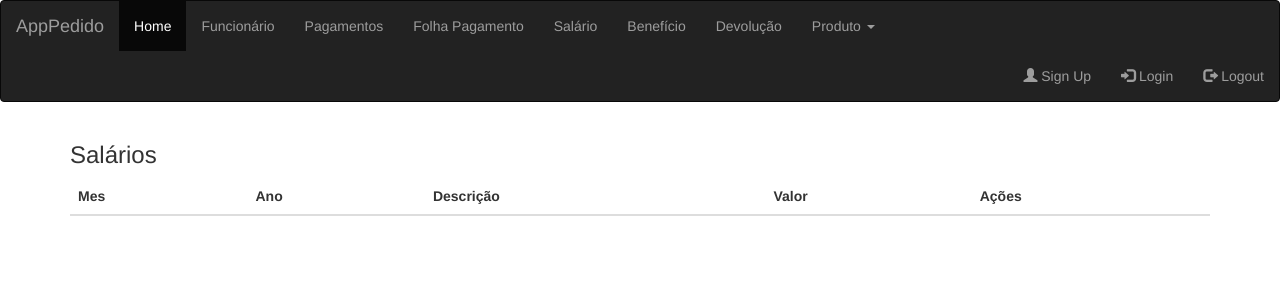
Repository: pauloEzequiel/AppFolha
Page: http://localhost/appfolha/WEB-INF/jsp/salario/lista.jsp
The author's editor kept a copy of each file at every save. The page is drawn from the files as they stood at one save, then again after the next save.
The browser window is 1280 px wide. The pictures show the whole page.
The page is served by Tomcat 9. Nobody is signed in. Other server files are loaded and not shown. The template is opened directly, without the code that normally fills it, so the values that code supplies are empty.

Above is the page before, as saved 2022-11-13 01:28:55.

### appfolha/src/main/webapp/WEB-INF/jsp/salario/lista.jsp
<%@ page language="java" contentType="text/html; charset=ISO-8859-1" pageEncoding="ISO-8859-1"%>
<%@ taglib uri="http://java.sun.com/jsp/jstl/core" prefix="c"%>
<!DOCTYPE html>
<html>
<head>
	<meta charset="ISO-8859-1">
  <link rel="stylesheet" href="https://maxcdn.bootstrapcdn.com/bootstrap/3.4.1/css/bootstrap.min.css">
	<title>AppFolha</title>
</head>
<body>
	<c:import url="/WEB-INF/jsp/menu.jsp"/>
	<div class="container mt-3">
	  <h3>Salários</h3>

	  <table class="table table-striped">
	    <thead>
	      <tr>
	        <th>Mes</th>
	        <th>Ano</th>
	        <th>Descrição</th>
	        <th>Valor</th>
	        <th>Ações</th>
	      </tr>
	    </thead>
	    <tbody>
		  <c:forEach var="p" items="${listagem}">
		      <tr>
				<td>${p.mes}</td>
		        <td>${p.ano}</td>
		        <td>${p.descricao}</td>
		        <td>${p.getTotalValor()}</td>
		        <td><a href="/salario/${p.id}/visualizar">Visualizar</a> <a href="/salario/${p.id}/excluir">Excluir</a></td>
		      </tr>
	      </c:forEach>
	    </tbody>
	  </table>
	</div>
</body>
</html>

### appfolha/src/main/webapp/WEB-INF/jsp/menu.jsp
<%@ page language="java" contentType="text/html; charset=ISO-8859-1" pageEncoding="ISO-8859-1"%>
<%@ taglib uri="http://java.sun.com/jsp/jstl/core" prefix="c"%>

<script src="https://code.jquery.com/jquery-3.3.1.slim.min.js" integrity="sha384-q8i/X+965DzO0rT7abK41JStQIAqVgRVzpbzo5smXKp4YfRvH+8abtTE1Pi6jizo" crossorigin="anonymous"></script>
<script src="https://cdn.jsdelivr.net/npm/popper.js@1.14.7/dist/umd/popper.min.js" integrity="sha384-UO2eT0CpHqdSJQ6hJty5KVphtPhzWj9WO1clHTMGa3JDZwrnQq4sF86dIHNDz0W1" crossorigin="anonymous"></script>
<script src="https://cdn.jsdelivr.net/npm/bootstrap@4.3.1/dist/js/bootstrap.min.js" integrity="sha384-JjSmVgyd0p3pXB1rRibZUAYoIIy6OrQ6VrjIEaFf/nJGzIxFDsf4x0xIM+B07jRM" crossorigin="anonymous"></script>

<nav class="navbar navbar-inverse">
  <div class="container-fluid">
    <div class="navbar-header">
      <a class="navbar-brand" href="#">AppPedido</a>
    </div>
    <ul class="nav navbar-nav">
      <li class="active"><a href="/">Home</a></li>
	      <li class="nav-item">
	        <a class="nav-link" href="/funcionario/lista">Funcionário</a>
	      </li>
	      <li class="nav-item">
	        <a class="nav-link" href="/pagamento/lista">Pagamentos</a>
	      </li>
	      <li class="class="dropdown">
	        <a class="dropdown-toggle" href="/folhaPagamento/lista"	data-toggle="dropdown" role="button" aria-haspopup="true"
					aria-expanded="false">Folha Pagamento</a>
					<ul class="dropdown-menu">
						<li><a href="cadastrar.jsp">Cadastrar</a></li>
						<li><a href="cadastrar.jsp">Cadastrar</a></li>
						<li><a href="cadastrar.jsp">Cadastrar</a></li>
					</ul>
	      </li>
	      <li class="nav-item">
	        <a class="nav-link" href="/salario/lista">Salário</a>
	      </li>
	      <li class="nav-item">
	        <a class="nav-link" href="/beneficio/lista">Benefício</a>
	      </li>
	      <li class="nav-item">
	        <a class="nav-link" href="/devolucao/lista">Devolução</a>
	      </li>
    </ul>
    <!-- Collect the nav links, forms, and other content for toggling -->
		<div class="collapse navbar-collapse"
			id="bs-example-navbar-collapse-1">
			<ul class="nav navbar-nav">
				<li class="dropdown"><a href="#" class="dropdown-toggle"
					data-toggle="dropdown" role="button" aria-haspopup="true"
					aria-expanded="false">Produto <span class="caret"></span></a>
					<ul class="dropdown-menu">
						<li><a href="cadastrar.jsp">Cadastrar</a></li>
						<li><a href="cadastrar.jsp">Cadastrar</a></li>
						<li><a href="cadastrar.jsp">Cadastrar</a></li>
					</ul></li>
			</ul>
		</div>
    <ul class="nav navbar-nav navbar-right">
      <li><a href="/usuario"><span class="glyphicon glyphicon-user"></span> Sign Up</a></li>
	  <li><a href="/login"><span class="glyphicon glyphicon-log-in"></span> Login</a></li>

       <li><a href="/logout"><span class="glyphicon glyphicon-log-out"></span> Logout</a></li>
    </ul>
  </div>
</nav>

After the next save:
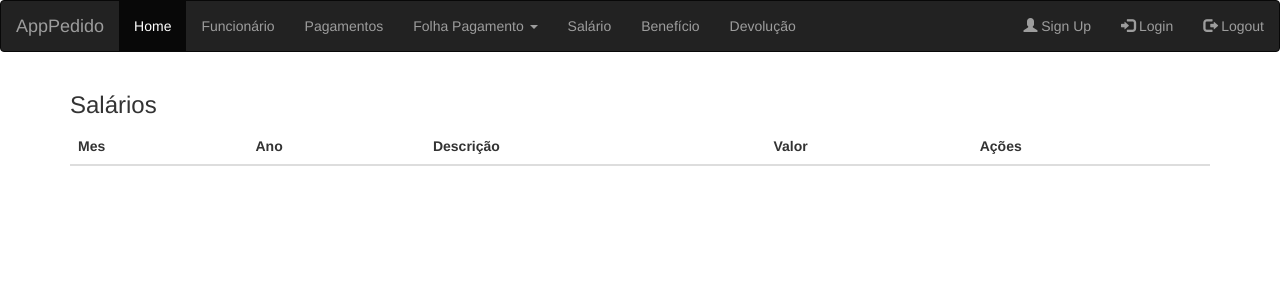
Saved 2 min 15 s later.
--- a/appfolha/src/main/webapp/WEB-INF/jsp/menu.jsp
+++ b/appfolha/src/main/webapp/WEB-INF/jsp/menu.jsp
@@ -20,11 +20,11 @@
 	      </li>
 	      <li class="class="dropdown">
 	        <a class="dropdown-toggle" href="/folhaPagamento/lista"	data-toggle="dropdown" role="button" aria-haspopup="true"
-					aria-expanded="false">Folha Pagamento</a>
+					aria-expanded="false">Folha Pagamento <span class="caret"></span></a>
 					<ul class="dropdown-menu">
-						<li><a href="cadastrar.jsp">Cadastrar</a></li>
-						<li><a href="cadastrar.jsp">Cadastrar</a></li>
-						<li><a href="cadastrar.jsp">Cadastrar</a></li>
+						<li><a class="nav-link" href="/salario/lista">Salário</a></li>
+						<li><a class="nav-link" href="/beneficio/lista">Benefício</a></li>
+						<li><a class="nav-link" href="/devolucao/lista">Devolução</a></li>
 					</ul>
 	      </li>
 	      <li class="nav-item">
@@ -37,20 +37,6 @@
 	        <a class="nav-link" href="/devolucao/lista">Devolução</a>
 	      </li>
     </ul>
-    <!-- Collect the nav links, forms, and other content for toggling -->
-		<div class="collapse navbar-collapse"
-			id="bs-example-navbar-collapse-1">
-			<ul class="nav navbar-nav">
-				<li class="dropdown"><a href="#" class="dropdown-toggle"
-					data-toggle="dropdown" role="button" aria-haspopup="true"
-					aria-expanded="false">Produto <span class="caret"></span></a>
-					<ul class="dropdown-menu">
-						<li><a href="cadastrar.jsp">Cadastrar</a></li>
-						<li><a href="cadastrar.jsp">Cadastrar</a></li>
-						<li><a href="cadastrar.jsp">Cadastrar</a></li>
-					</ul></li>
-			</ul>
-		</div>
     <ul class="nav navbar-nav navbar-right">
       <li><a href="/usuario"><span class="glyphicon glyphicon-user"></span> Sign Up</a></li>
 	  <li><a href="/login"><span class="glyphicon glyphicon-log-in"></span> Login</a></li>
